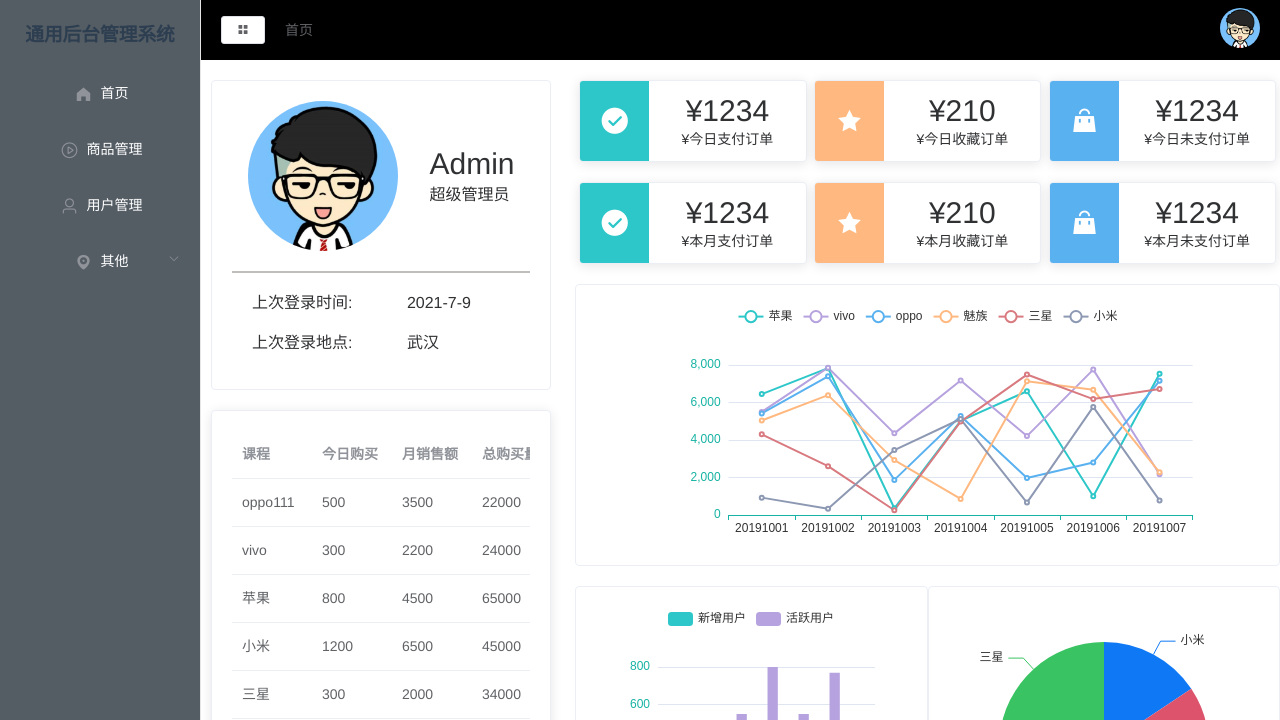
Repository: 385841539/VueStudy
Page: / (app in vue_cli/)
These files come from the project's save history. The page is drawn as it stood at one moment and after the next save; the edit follows.
The browser window is 1280 px wide. The pictures show the whole page.
An inner scrolling area shows only its first screen. The project was rebuilt for these pictures with package versions that can differ from the ones it lists, and the page was loaded fresh each time. Also part of the build but not shown: vue_cli/vue.config.js.

Above is the page before, as saved 2022-01-14 16:59:12.

### vue_cli/public/index.html
<!DOCTYPE html>
<html lang="">

<head>
  <meta charset="utf-8">
  <meta http-equiv="X-UA-Compatible" content="IE=edge">
  <meta name="viewport" content="width=device-width,initial-scale=1.0">
  <link rel="icon" href="<%= BASE_URL %>favicon.ico">
  <title>
    <%= htmlWebpackPlugin.options.title %>
  </title>
  <style>
    body {

      padding: 0px;
      margin: 0px;
      width: 100%;
      height: 100%;

    }
  </style>
</head>

<body>
  <noscript>
    <strong>We're sorry but <%= htmlWebpackPlugin.options.title %> doesn't work properly without JavaScript enabled.
        Please enable it to continue.</strong>
  </noscript>
  <div id="app"></div>
  <!-- built files will be auto injected -->
</body>

</html>

### vue_cli/src/main.js
import Vue from 'vue'
import App from './App.vue'
import './registerServiceWorker'
import router from './router'
import store from './store'

import ElementUI from 'element-ui';
import 'element-ui/lib/theme-chalk/index.css';
import http from 'axios'

Vue.use(ElementUI);
Vue.prototype.$http = http


Vue.config.productionTip = false

if (process.env.NODE_ENV == 'development') {

  require('@/api/mock')

}

new Vue({
  router,
  store,
  render: h => h(App)
}).$mount('#app')

### vue_cli/src/App.vue
<template>
  <div id="app">
    <!-- <p>这是一个P段落</p>
    <el-button>按钮</el-button>
    <el-button type="info">信息</el-button>
    <el-radio v-model="radio" label="1">备选项1</el-radio>
    <el-radio v-model="radio" label="2">备选项1</el-radio>

    <div>
      <router-link to="/">去home组件</router-link>
      <router-link to="/about">去about组件</router-link>
    </div> -->

    <router-view></router-view>
  </div>
</template>
<script>


export default {
  data() {
    return {
      radio: "1",
    };
  },
};
</script>


<style lang="scss">
#app {
  font-family: Avenir, Helvetica, Arial, sans-serif;
  -webkit-font-smoothing: antialiased;
  -moz-osx-font-smoothing: grayscale;
  text-align: center;
  color: #2c3e50;
}

#nav {
  padding: 30px;

  a {
    font-weight: bold;
    color: #2c3e50;

    &.router-link-exact-active {
      color: #42b983;
    }
  }
}
</style>

### vue_cli/src/router/index.js
import Vue from 'vue'
import VueRouter from 'vue-router'
import Main from '../views/Main.vue'

const originPush = VueRouter.prototype.push

VueRouter.prototype.push = function (location) {

  return originPush.call(this, location).catch(err => err)

}

Vue.use(VueRouter)

const routes = [
  {
    path: '/',
    name: 'main',
    component: Main,
    children: [

      {
        path: "/",
        name: "home",
        component: () => import('@/views/Home/Home')

      },
      {
        path: "/mall",
        name: "mall",
        component: () => import('@/views/Mall/Mall')

      },
      {
        path: "/user",
        name: "user",
        component: () => import('@/views/User/User')

      },
      {
        path: "/other",
        name: "other",
        component: () => import('@/views/Mall/Mall')

      },

    ]
  },
]

const router = new VueRouter({
  mode: 'history',
  base: process.env.BASE_URL,
  routes
})

export default router

### vue_cli/src/store/index.js
import Vue from 'vue'
import Vuex from 'vuex'
import tab from "./tab"

Vue.use(Vuex)

export default new Vuex.Store({
  state: {
  },
  mutations: {
  },
  actions: {
  },
  modules: {
    tab
  }
})

### vue_cli/src/api/mock.js
import Mock from 'mockjs'

import homeApi from './mockServe/home'

Mock.mock('/api/home/getData', homeApi.getStatisticalData )

### vue_cli/src/views/Main.vue
<template>
  <el-container style="height: 100vh">
    <el-aside width="auto">
      <CommonAside></CommonAside>
    </el-aside>
    <el-container>
      <el-header>
        <CommonHeader></CommonHeader>
      </el-header>
      <div><CommonTag></CommonTag></div>
      <el-main>
        <router-view></router-view>
      </el-main>
    </el-container>
  </el-container>
</template>

<script>
// @ is an alias to /src
import CommonAside from "../components/CommonAside.vue";
import CommonHeader from "../components/CommonHeader.vue";
import CommonTag from "../components/CommonTag.vue";

export default {
  name: "main",
  components: {
    CommonAside,
    CommonHeader,
    CommonTag,
  },
};
</script>
<style lang='scss' scoped>
.el-container {
  padding: 0px;
  max-width: 100%;
}
.el-aside {
  margin: 0px;
  padding: 0px;
}
.el-header {
  background-color: black;
  width: 100%;
  padding: 0%;
  margin: 0%;
}
.el-main {
  padding: 0px;
  height: 100%;
  width: 100%;
}
.router-view {
  padding: 0px;
  height: 100%;
  width: 100%;
}
</style>

### vue_cli/src/views/Home/Home.vue
<template>
  <div style="margin-left: 10px">
    <el-row :gutter="24">
      <el-col :span="8" style="margin-top: 20px">
        <el-card shadow="hover">
          <div class="user">
            <img :src="userImg" />
            <div class="userInfo">
              <p style="font-size: 30px">Admin</p>
              <p>超级管理员</p>
            </div>
          </div>

          <div class="loginInfo">
            <p>上次登录时间: <span>2021-7-9</span></p>
            <p>上次登录地点: <span>武汉</span></p>
          </div>
        </el-card>
        <el-card style="height: 470px; margin-top: 20px">
          <el-table :data="tableData">
            <el-table-column
              show-overflow-tooltip
              v-for="(value, key) in tableLabel"
              :key="key"
              :prop="key"
              :label="value"
            ></el-table-column>
          </el-table>
        </el-card>
      </el-col>
      <el-col :span="16" style="margin-top: 20px">
        <div class="num">
          <el-card
            shandow="hover"
            v-for="item in countData"
            :key="item.name"
            :body-style="{ display: 'flex', padding: 0 }"
          >
            <i
              class="icon"
              :class="`el-icon-${item.icon}`"
              :style="{ background: item.color }"
            ></i>
            <div class="detail">
              <p class="num">¥{{ item.value }}</p>
              <p class="txt">¥{{ item.name }}</p>
            </div>
          </el-card>
        </div>

        <el-card shadow="hover" style="height: 280px">
          <div style="height: 280px" ref="echart"></div>
        </el-card>

        <div class="graph">
          <el-card shadow="hover">
            <div style="height: 280px" ref="userEchart"></div>
          </el-card>
          <el-card shadow="hover">
            <div style="height: 280px" ref="videoEchart"></div>
          </el-card>

        </div>
      </el-col>
    </el-row>
  </div>
</template>



<script>
import { getMenu, getHome } from "../../api/data";
import * as echarts from "echarts";
// import Echart from "../../components/ECharts.vue";
export default {
  //   components: { Echart },
  data() {
    return {
      userImg: require("../../assets/images/user.png"),
      tableData: [],
      tableLabel: {
        name: "课程",
        todayBuy: "今日购买",
        monthBuy: "月销售额",
        totalBuy: "总购买量",
      },
      countData: [],
      ehcartData: {
        order: {
          legend: {
            // 图例文字颜色
            textStyle: {
              color: "#333",
            },
          },
          grid: {
            left: "20%",
          },
          // 提示框
          tooltip: {
            trigger: "axis",
          },
          xAxis: {
            type: "category", // 类目轴
            data: [],
            axisLine: {
              lineStyle: {
                color: "#17b3a3",
              },
            },
            axisLabel: {
              interval: 0,
              color: "#333",
            },
          },
          yAxis: [
            {
              type: "value",
              axisLine: {
                lineStyle: {
                  color: "#17b3a3",
                },
              },
            },
          ],
          color: [
            "#2ec7c9",
            "#b6a2de",
            "#5ab1ef",
            "#ffb980",
            "#d87a80",
            "#8d98b3",
          ],
          series: [],
        },

        user: {
          legend: {
            // 图例文字颜色
            textStyle: {
              color: "#333",
            },
          },
          grid: {
            left: "20%",
          },
          // 提示框
          tooltip: {
            trigger: "axis",
          },
          xAxis: {
            type: "category", // 类目轴
            data: [],
            axisLine: {
              lineStyle: {
                color: "#17b3a3",
              },
            },
            axisLabel: {
              interval: 0,
              color: "#333",
            },
          },
          yAxis: [
            {
              type: "value",
              axisLine: {
                lineStyle: {
                  color: "#17b3a3",
                },
              },
            },
          ],
          color: [
            "#2ec7c9",
            "#b6a2de",
            "#5ab1ef",
            "#ffb980",
            "#d87a80",
            "#8d98b3",
          ],
          series: [],
        },

        video: {
          tooltip: {
            trigger: "item",
          },
          color: [
            "#0f78f4",
            "#dd536b",
            "#9462e5",
            "#a6a6a6",
            "#e1bb22",
            "#39c362",
            "#3ed1cf",
          ],
          series: [],
        },
      },
    };
  },

  methods: {
    getTableData() {
      getHome().then((res) => {
        console.log(res);
        this.tableData = res.data.tableData;
        this.countData = res.data.countData;

        const order = res.data.orderData;
        this.ehcartData.order.xAxis.data = order.date;
        let keyArrray = Object.keys(order.data[0]);

        keyArrray.forEach((key) => {
          this.ehcartData.order.series.push({
            name: key,
            data: order.data.map((item) => item[key]),
            type: "line",
          });
        });

        const myEchartsOrder = echarts.init(this.$refs.echart);

        myEchartsOrder.setOption(this.ehcartData.order);
        //用户图
        this.ehcartData.user.xAxis.data = res.data.userData.map(
          (item) => item.date
        );

        this.ehcartData.user.series.push({
          name: "新增用户",
          data: res.data.userData.map((item) => item.new),
          type: "bar",
        });
        this.ehcartData.user.series.push({
          name: "活跃用户",
          data: res.data.userData.map((item) => item.active),
          type: "bar",
        });

        const userEcharts = echarts.init(this.$refs.userEchart);
        userEcharts.setOption(this.ehcartData.user);

        this.ehcartData.video.series.push({
          data: res.data.videoData,
          type: "pie",
        });

        const videoEcharts = echarts.init(this.$refs.videoEchart);
        videoEcharts.setOption(this.ehcartData.video);
      });
    },
  },
  mounted() {
    // getMenu().then((res) => {
    //   console.log(res);
    // });
    this.getTableData();
  },
};
</script>


<style  lang="scss" scoped>
// div {
//   background: blue;
//   height: 100%;
//   padding: 0px;
//   margin: 0px;
// }

.user {
  display: flex;
  align-items: center;
  justify-content: space-around;
  border-bottom: 2px solid rgb(194, 189, 189);

  padding-bottom: 20px;
  .userInfo {
    text-align: start;

    p {
      margin: 0px;
    }
  }
  img {
    width: 150px;
    height: 150px;
    border-radius: 50%;
  }
}

.loginInfo {
  // background-color: yellowgreen;
  margin-top: 0px;
  text-align: start;
  padding-left: 20px;

  span {
    margin-left: 50px;
  }
}

.num {
  display: flex;
  flex-wrap: wrap;
  justify-content: space-around;
  margin: 0px;
  .el-card {
    margin: 0px;
    width: 32%;
    margin-bottom: 20px;
    height: 80px;
  }
  .icon {
    font-size: 30px;
    width: 100px;
    height: 80px;
    color: white;
    line-height: 80px;
  }
  .detail {
    display: flex;
    flex-direction: column;
    justify-content: center;
    width: 100%;

    .num {
      font-size: 30px;

      justify-content: center;
    }
    .txt {
      font-size: 14px;
      justify-content: center;
    }
    p {
      margin: 0px;
    }
  }
}
.graph {
  display: flex;
  margin-top: 20px;
  .el-card {
    height: 320px;
    flex: 1;
  }
}
</style>

### vue_cli/src/store/tab.js
export default {


    state: {

        isCollapse: false,
        currentMenu: null,
        tabLists: [
            {
                path: '/',
                name: 'home',
                label: '首页',
                icon: 'home'

            }

        ]

    },


    mutations: {

        collaspseMenu(state) {
            state.isCollapse = !state.isCollapse

        },
        selectMenu(state, value) {

            console.log("--value---")
            console.log(value)


            if (item.name == "home") {
                state.currentMenu = null;
            } else {
                state.currentMenu = item;
            }


        }



    }


}

### vue_cli/src/api/mockServe/home.js
// mock数据模拟
import Mock from 'mockjs'

// 图表数据
let List = []
export default {
  getStatisticalData: () => {
    //Mock.Random.float 产生随机数100到8000之间 保留小数 最小0位 最大0位
    for (let i = 0; i < 7; i++) {
      List.push(
        Mock.mock({
          苹果: Mock.Random.float(100, 8000, 0, 0),
          vivo: Mock.Random.float(100, 8000, 0, 0),
          oppo: Mock.Random.float(100, 8000, 0, 0),
          魅族: Mock.Random.float(100, 8000, 0, 0),
          三星: Mock.Random.float(100, 8000, 0, 0),
          小米: Mock.Random.float(100, 8000, 0, 0)
        })
      )
    }
    return {
      code: 200,
      data: {
        // 饼图
        videoData: [
          {
            name: '小米',
            value: 2999
          },
          {
            name: '苹果',
            value: 5999
          },
          {
            name: 'vivo',
            value: 1500
          },
          {
            name: 'oppo',
            value: 1999
          },
          {
            name: '魅族',
            value: 2200
          },
          {
            name: '三星',
            value: 4500
          }
        ],
        // 柱状图
        userData: [
          {
            date: '周一',
            new: 5,
            active: 200
          },
          {
            date: '周二',
            new: 10,
            active: 500
          },
          {
            date: '周三',
            new: 12,
            active: 550
          },
          {
            date: '周四',
            new: 60,
            active: 800
          },
          {
            date: '周五',
            new: 65,
            active: 550
          },
          {
            date: '周六',
            new: 53,
            active: 770
          },
          {
            date: '周日',
            new: 33,
            active: 170
          }
        ],
        // 折线图
        orderData: {
          date: ['20191001', '20191002', '20191003', '20191004', '20191005', '20191006', '20191007'],
          data: List
        },
        tableData: [
          {
            name: 'oppo111',
            todayBuy: 500,
            monthBuy: 3500,
            totalBuy: 22000
          },
          {
            name: 'vivo',
            todayBuy: 300,
            monthBuy: 2200,
            totalBuy: 24000
          },
          {
            name: '苹果',
            todayBuy: 800,
            monthBuy: 4500,
            totalBuy: 65000
          },
          {
            name: '小米',
            todayBuy: 1200,
            monthBuy: 6500,
            totalBuy: 45000
          },
          {
            name: '三星',
            todayBuy: 300,
            monthBuy: 2000,
            totalBuy: 34000
          },
          {
            name: '魅族',
            todayBuy: 350,
            monthBuy: 3000,
            totalBuy: 22000
          }
        ],
        countData: [
        {
          name: "今日支付订单",
          value: 1234,
          icon: "success",
          color: "#2ec7c9",
        },
        {
          name: "今日收藏订单",
          value: 210,
          icon: "star-on",
          color: "#ffb980",
        },
        {
          name: "今日未支付订单",
          value: 1234,
          icon: "s-goods",
          color: "#5ab1ef",
        },
        {
          name: "本月支付订单",
          value: 1234,
          icon: "success",
          color: "#2ec7c9",
        },
        {
          name: "本月收藏订单",
          value: 210,
          icon: "star-on",
          color: "#ffb980",
        },
        {
          name: "本月未支付订单",
          value: 1234,
          icon: "s-goods",
          color: "#5ab1ef",
        },
      ]
      }
    }
  }
}

### vue_cli/src/components/CommonAside.vue
<template>
  <el-menu
    class="el-menu-vertical-demo"
    :collapse="isCollapse"
    background-color="#545c64"
    text-color="#fff"
    active-text-color="#ffd04b"
  >
    <h3>{{ getName }}</h3>

    <el-menu-item
      :index="item.path"
      v-for="item in noChildren"
      :key="item.name"
      @click="clickMenu(item)"
    >
      <i :class="'el-icon-' + item.icon"></i>
      <span slot="title">{{ item.label }}</span>
    </el-menu-item>

    <el-submenu
      :index="item.label"
      v-for="item in hazChildren"
      :key="item.label"
    >
      <div slot="title">
        <i :class="'el-icon-' + item.icon"></i>
        <span>{{ item.label }}</span>
      </div>

      <el-menu-item-group>
        <el-menu-item
          v-for="(subItem, subIndex) in item.children"
          :index="subItem.path"
          :key="subIndex"
        >
          <i :class="'el-icon-' + subItem.icon"></i>
          <span slot="title">{{ subItem.label }}</span>
        </el-menu-item>
      </el-menu-item-group>
    </el-submenu>
  </el-menu>
</template>

<style lang="scss" scoped>
.el-menu-vertical-demo:not(.el-menu--collapse) {
  width: 200px;
  height: 100%;
  min-height: 400px;
}
.el-menu-vertical-demo {
  height: 100%;
}

.el-menu-item {
  justify-content: space-around;
  background-color: tomato;
}
.el-submenu {
  justify-content: space-around;
  background-color: green;
}
</style>


<script>
export default {
  data() {
    return {
      menu: [
        {
          path: "/",
          name: "home",
          label: "首页",
          icon: "s-home",
          url: "Home/Home",
        },
        {
          path: "/mall",
          name: "mall",
          label: "商品管理",
          icon: "video-play",
          url: "MallManage/MallManage",
        },
        {
          path: "/user",
          name: "user",
          label: "用户管理",
          icon: "user",
          url: "UserMange/UserMange",
        },
        {
          label: "其他",
          icon: "location",
          children: [
            {
              path: "/page1",
              name: "page1",
              label: "页面1",
              icon: "setting",
              url: "Other/PageOne",
            },
            {
              path: "/page2",
              name: "page2",
              label: "页面2",
              icon: "setting",
              url: "Other/PageTwo",
            },
          ],
        },
      ],
    };
  },
  methods: {
    clickMenu(item) {
      console.log(item);
      this.$router.push({ name: item.name });
      this.$store.commit("selectMenu", item);
    },
  },
  computed: {
    isCollapse() {
      return this.$store.state.tab.isCollapse;
    },
    getName() {
      if (this.isCollapse) return "后台";

      return "通用后台管理系统";
    },
    noChildren() {
      return this.menu.filter((item) => {
        console.log(item);
        return !item.children;
      });
    },
    hazChildren() {
      return this.menu.filter((item) => item.children);
    },
  },
};
</script>

### vue_cli/src/components/CommonHeader.vue
<template>
  <header>
    <div class="l-content">
      <el-button
        plain
        icon="el-icon-menu"
        size="mini"
        v-on:click="handleMenu"
      ></el-button>

      <el-breadcrumb separator="/">
        <el-breadcrumb-item :to="{ path: '/' }">首页</el-breadcrumb-item>
        <el-breadcrumb-item :to="{ path: currentMenu.path }" v-if="currentMenu">
          {{ currentMenu.label }}
        </el-breadcrumb-item>
      </el-breadcrumb>
    </div>

    <div class="r-content">
      <el-dropdown szie="mini" trigger="click">
        <span>
          <img :src="userImg" class="user" />
        </span>

        <el-dropdown-menu slot="dropdown">
          <el-dropdown-item>个人中心</el-dropdown-item>
          <el-dropdown-item>退出</el-dropdown-item>
        </el-dropdown-menu>
      </el-dropdown>
    </div>
  </header>
</template>



<script>
export default {
  data() {
    return {
      userImg: require("../assets/images/user.png"),
    };
  },

  computed: {
    currentMenu() {
      return this.$store.state.tab.currentMenu;
    },
  },
  methods: {
    handleMenu() {
      this.$store.commit("collaspseMenu");
    },
  },
};
</script>


<style  lang="scss" scoped>
header {
  display: flex;
  height: 100%;
  width: 100%;
  align-items: center;
  justify-content: space-between;
  padding: 0;
  margin: 0;
}

.home-title {
  color: white;
}

.l-content {
  display: flex;
  align-items: center;
  margin-left: 20px;
  .el-button {
    margin-right: 20px;
  }
}

.r-content {
  .user {
    width: 40px;
    height: 40px;
    border-radius: 50%;
    margin-right: 20px;
  }
}
.el-breadcrumb_item {
  .el-breadcrumb_inner {
    color: white;
    font-size: 1000px;
  }
  //   &:last-child {
  //     .el-breadcrumb__inner {
  //       color: white;
  //     }
  //   }
}
</style>

### vue_cli/src/components/CommonTag.vue
<template>
  <div class="tabs">
    <el-tag
      v-for="item in tabLists"
      :key="tag.name"
      size="small"
      closable="tag.name!='home"
      >{{ item.label }}</el-tag
    >
  </div>
</template>

<script>
export default {
  computed: {
    tabLists() {
      // return [100];
      return this.$store.state.tab.tabLists;
    },
  },
};
</script>

<style>
.tabs {
  padding: 20px;
  display: flex;
  align-items: flex-start;
  flex-wrap: wrap;
}
.el-tag {
  margin-right: 10px;

  cursor: pointer;
}
</style>

### vue_cli/src/api/data.js
import axios from './axios'

// export const getMenu = () => {
//   return axios.request({
//     url: 'menu',
//     method: 'get'
//   })
// }

export const getHome = () => {
  return axios.request({
    url: '/home/getData',
    method: 'get'
  })
}

export const getUser = (params) => {
  return axios.request({
    url: '/user/getUser',
    method: 'get',
    params
  })
}

export const getMenu = (params) => {
  return axios.request({
    url: '/permission/getMenu',
    method: 'post',
    data: params
  })
}

### vue_cli/src/api/axios.js
// 二次封装axios 拦截器

import axios from 'axios'
import config from '../config/index'
// 设置配置 根据开发 和 生产环境不一样
const baseUrl = process.env.NODE_ENV === 'development' ? config.baseUrl.dev : config.baseUrl.pro
class HttpRequst {
  constructor(baseUrl) {
    this.baseUrl = baseUrl
  }
  getInsideConfig() {
    const config = {
      baseURL: this.baseUrl,
      header: {

      }
    }
    return config
  }
  interceptors(instance) {
    instance.interceptors.request.use(function (config) {
      // 在发送请求之前做些什么
      console.log('拦截处理请求');
      return config;
    }, function (error) {
      // 对请求错误做些什么
      return Promise.reject(error);
    });

    instance.interceptors.response.use(function (response) {
      console.log('处理相应');
      // 对响应数据做点什么
      return response.data;
    }, function (error) {
      console.log(error);
      // 对响应错误做点什么
      return Promise.reject(error);
    });
  }
  // {
  //   baseURL:'/rApi'
  // }
  request(options) {
    // 请求
    // /api/getList  /api/getHome
    const instanse = axios.create()
    // 技巧
    // /api // api1
    options = { ...(this.getInsideConfig()), ...options }
    console.log(options);
    this.interceptors(instanse)
    return instanse(options)
  }
}

export default new HttpRequst(baseUrl)

### vue_cli/src/config/index.js
export default {

    title: "admin",
    baseUrl: {

        //开发环境

        dev: '/api/',
        pro: ''

    }


}

Loaded but not shown: vue_cli/src/registerServiceWorker.js (common file)

After the next save:
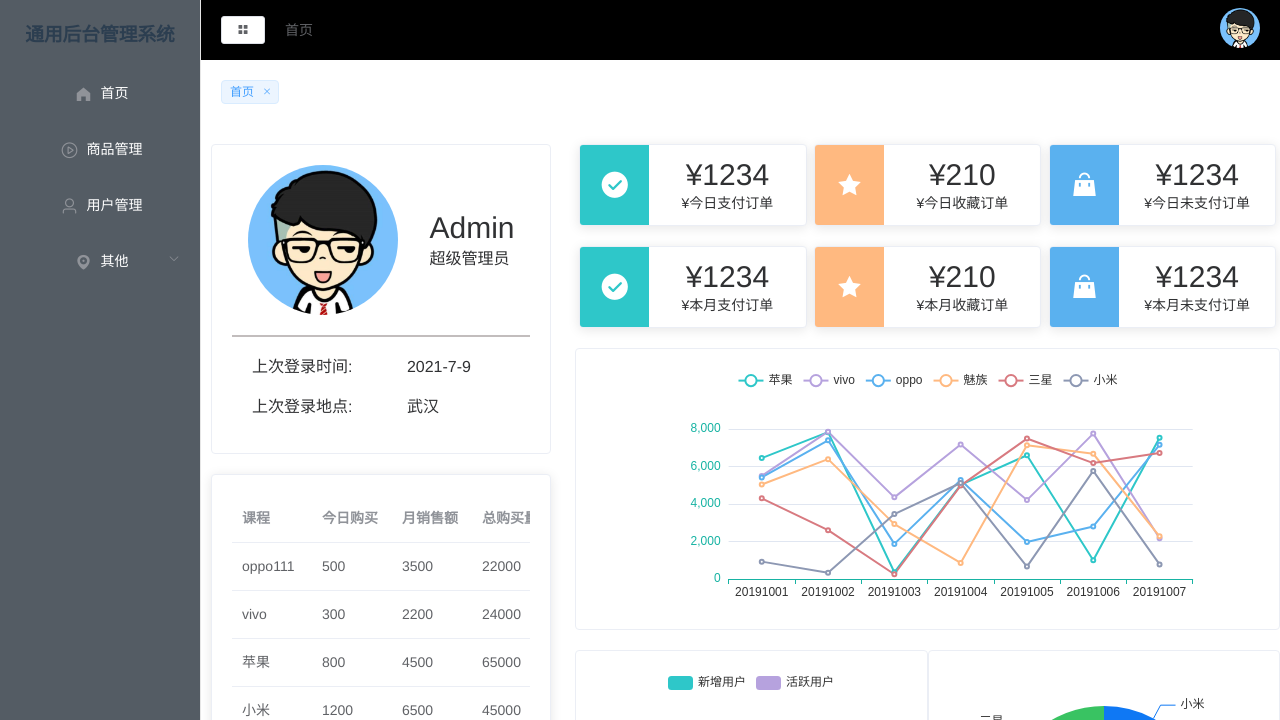
Saved 26 s later.
--- a/vue_cli/src/components/CommonTag.vue
+++ b/vue_cli/src/components/CommonTag.vue
@@ -1,11 +1,11 @@
 <template>
   <div class="tabs">
     <el-tag
-      v-for="item in tabLists"
+      v-for="tag in tabLists"
       :key="tag.name"
       size="small"
-      closable="tag.name!='home"
-      >{{ item.label }}</el-tag
+      closable="tag.name!=='home"
+      >{{ tag.label }}</el-tag
     >
   </div>
 </template>
